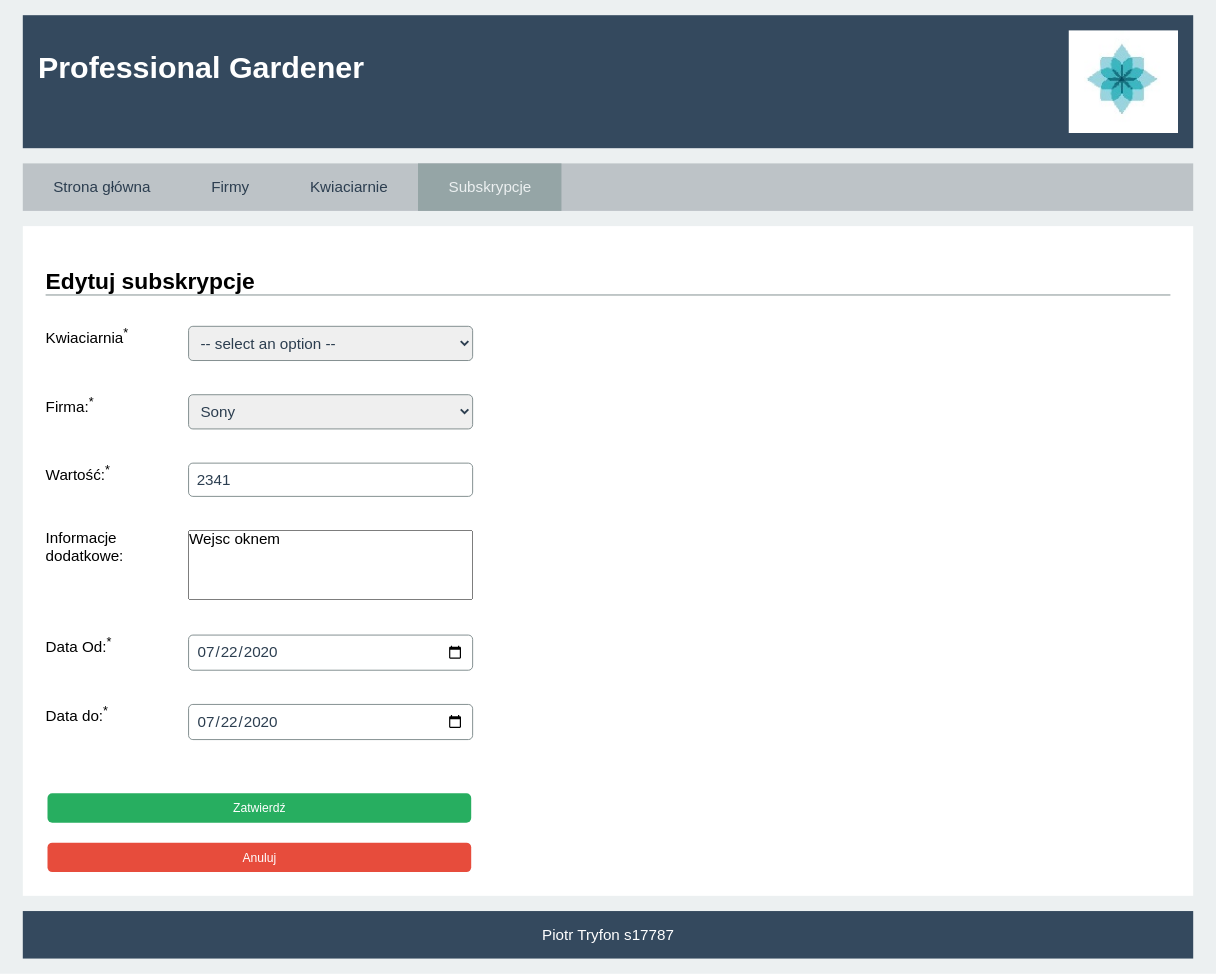
Repository: s17787/TIN
Page: tin_zaoczne_12_s17787_html-css/pages/subscription-edit.html
An editor plug-in stored every save of this project. The page is shown before and after the next save, followed by the edit.
The browser window is 1280 px wide. The pictures show the whole page, at 95% of full size.

Above is the page before, as saved 2021-01-06 09:50:54.

After the next save:
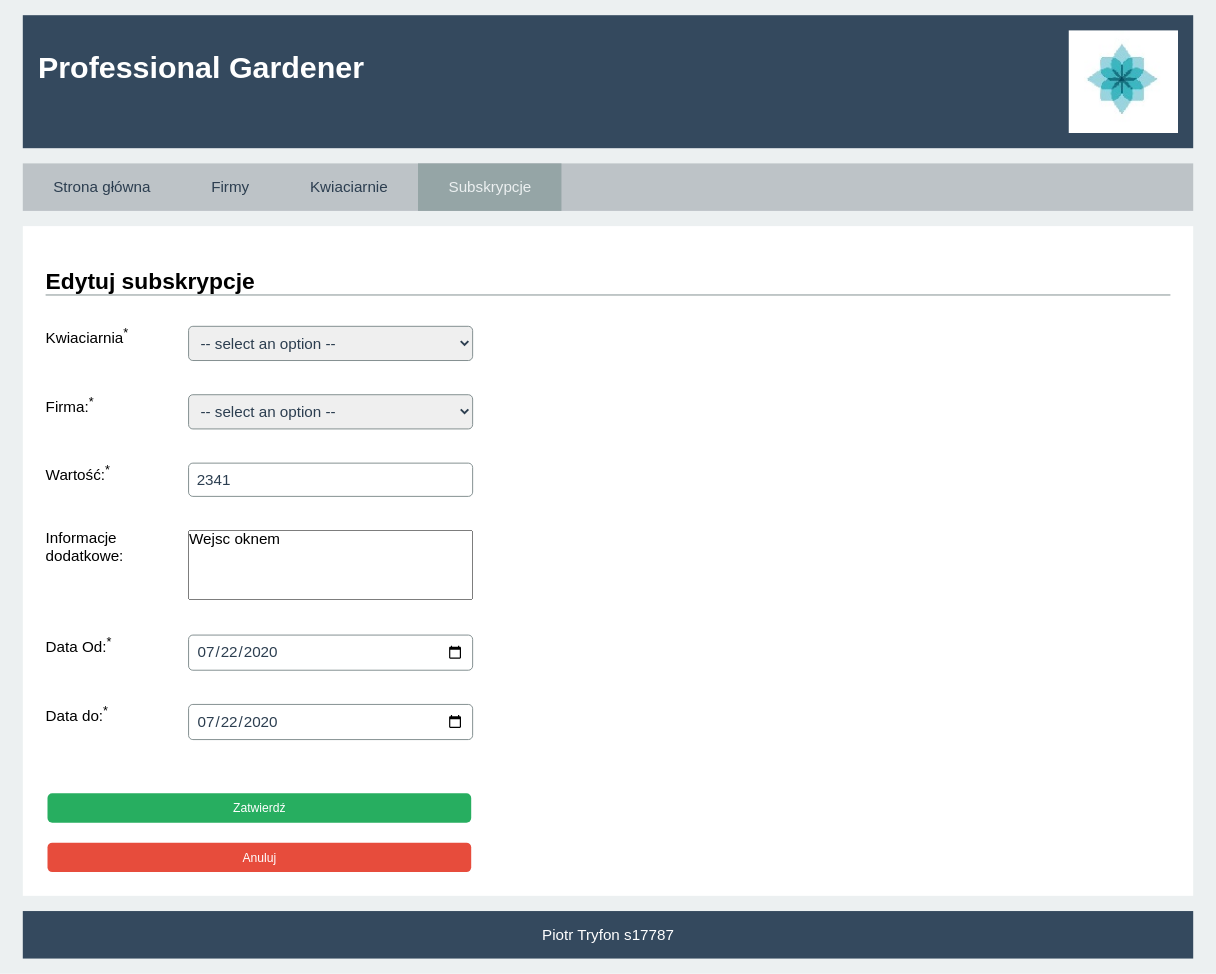
Saved 6 s later.
--- a/tin_zaoczne_12_s17787_html-css/pages/subscription-edit.html
+++ b/tin_zaoczne_12_s17787_html-css/pages/subscription-edit.html
@@ -36,7 +36,8 @@
             <!--<div class="form-group">-->
                 <label for="client_Name">Firma:<sup>*</sup></label>
                 <select id="client_Name" name="client_Name">
-                    <option value="sony" selected="selected">Sony</option>
+                    <option disabled selected value> -- select an option -- </option>
+                    <option value="sony">Sony</option>
                     <option value="walmart">Walmart</option>
                     <option value="amazon">Amazon</option>
                   </select>
